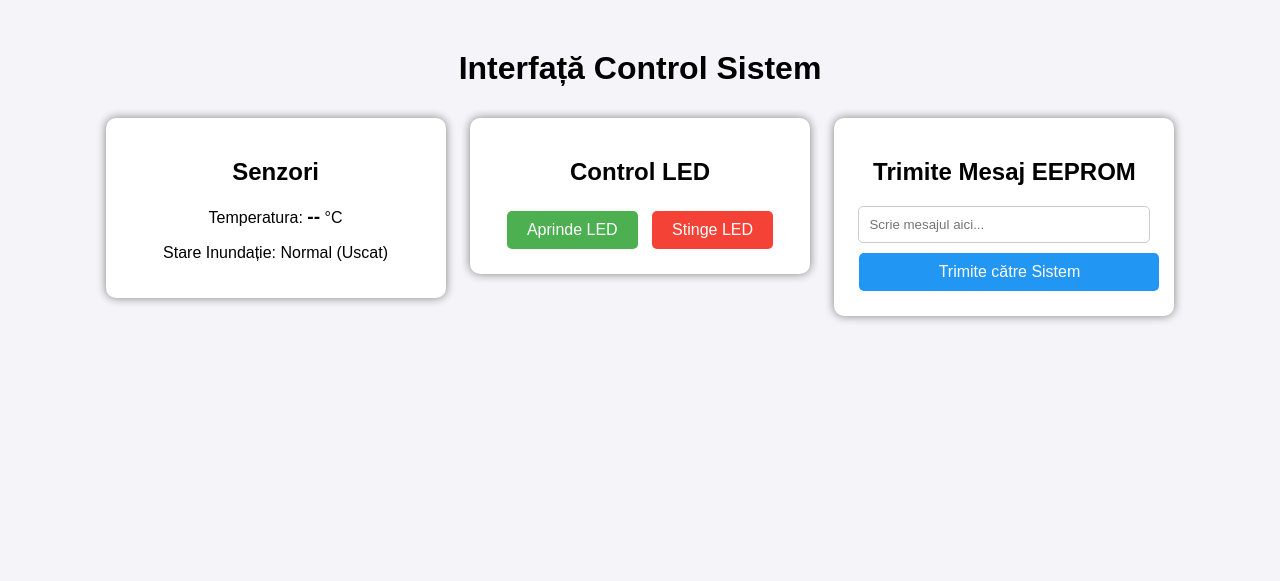
Repository: davidblg123/ProiectPSN
Page: http://localhost/
An editor plug-in stored every save of this project. The page is shown before and after the next save, followed by the edit.
The browser window is 1280 px wide. The pictures show the whole page.
The page is served by the project's application, run on Flask 3 (main.py).

Above is the page before, as saved 2026-05-29 19:05:28.

### main.py
from flask import Flask, render_template, request, jsonify
import serial
import threading
import time
import smtplib
from email.message import EmailMessage

app = Flask(__name__)

# --- SETĂRI ---
PORT_SERIAL = 'COM4' # <-- Pune portul tău real (ex: COM4)
EMAIL_SENDER = 'proiectpsnbeleag@gmail.com'  # <-- Pune adresa ta de Gmail
EMAIL_PASSWORD = 'khmq ezsb slrn ccyd'   # <-- Pune parola de 16 litere (fără spații)
EMAIL_RECEIVER = 'proiectpsnbeleag@gmail.com' # <-- Poți pune tot adresa ta, ca să primești alerta la tine
BAUD_RATE = 9600

try:
    arduino = serial.Serial(PORT_SERIAL, BAUD_RATE, timeout=1)
    time.sleep(2)
except Exception as e:
    arduino = None
    print(f"Eroare conexiune: {e}")

date_senzori = {"temperatura": "--", "inundatie": "0"}
alerta_email_trimisa = False
# Dicționar în care vom stoca mesajele venite din EEPROM
mesaje_eeprom = {}

def trimite_email_alerta():
    try:
        msg = EmailMessage()
        msg.set_content("ALARMĂ: Senzorul sistemului a detectat o inundație!")
        msg['Subject'] = '⚠️ ALERTĂ INUNDAȚIE'
        msg['From'] = EMAIL_SENDER
        msg['To'] = EMAIL_RECEIVER

        server = smtplib.SMTP('smtp.gmail.com', 587)
        server.starttls()
        server.login(EMAIL_SENDER, EMAIL_PASSWORD)
        server.send_message(msg)
        server.quit()
        print("----> Email de alertă expediat!")
    except Exception as e:
        print(f"----> Eroare email: {e}")

def citeste_serial():
    global date_senzori, alerta_email_trimisa, mesaje_eeprom
    while True:
        if arduino and arduino.in_waiting > 0:
            try:
                linie = arduino.readline().decode('utf-8').strip()

                # 1. Citim senzorii
                if ";" in linie:
                    parti = linie.split(";")
                    date_senzori["temperatura"] = parti[0]
                    date_senzori["inundatie"] = parti[1]

                    if date_senzori["inundatie"] == "1" and not alerta_email_trimisa:
                        alerta_email_trimisa = True
                        threading.Thread(target=trimite_email_alerta, daemon=True).start()
                    elif date_senzori["inundatie"] == "0" and alerta_email_trimisa:
                        alerta_email_trimisa = False

                # 2. Citim mesajele din memorie (Format: "E:index:mesaj")
                elif linie.startswith("E:"):
                    if linie != "E:DONE":
                        parti = linie.split(":", 2)
                        if len(parti) == 3:
                            index_slot = parti[1]
                            text_mesaj = parti[2]
                            mesaje_eeprom[index_slot] = text_mesaj

            except Exception as e:
                pass
        time.sleep(0.1)

thread = threading.Thread(target=citeste_serial, daemon=True)
thread.start()

@app.route('/')
def index():
    return render_template('index.html')

@app.route('/api/date')
def get_date():
    return jsonify(date_senzori)

@app.route('/led/<actiune>')
def control_led(actiune):
    if arduino:
        if actiune == 'on':
            arduino.write(b'A\n')
        elif actiune == 'off':
            arduino.write(b'S\n')
    return jsonify({"status": "ok"})

@app.route('/api/mesaj', methods=['POST'])
def trimite_mesaj():
    data = request.json
    mesaj = data.get('text', '')
    if arduino and mesaj:
        mesaj_scurt = mesaj[:28]
        comanda = f"M:{mesaj_scurt}\n"
        arduino.write(comanda.encode('utf-8'))
        return jsonify({"status": "succes"})
    return jsonify({"status": "eroare"})

# --- RUTE NOI PENTRU EEPROM ---
@app.route('/api/cere_memorie')
def cere_memorie():
    global mesaje_eeprom
    mesaje_eeprom.clear() # Curățăm lista veche
    if arduino:
        arduino.write(b'C\n') # Trimitem comanda de Citire
    return jsonify({"status": "ok"})

@app.route('/api/memorie')
def get_memorie():
    return jsonify(mesaje_eeprom)

if __name__ == '__main__':
    app.run(debug=True, use_reloader=False, port=5000)

### templates/index.html
<!DOCTYPE html>
<html lang="ro">
<head>
    <meta charset="UTF-8">
    <title>Sistem Control Sincretic</title>
    <style>
        body { font-family: Arial, sans-serif; text-align: center; margin-top: 50px; background-color: #f4f4f9;}
        .card { background: white; padding: 20px; border-radius: 10px; box-shadow: 0px 0px 10px gray; display: inline-block; margin: 10px; width: 300px; vertical-align: top;}
        .alerta { color: red; font-weight: bold; }
        button { padding: 10px 20px; font-size: 16px; margin: 5px; cursor: pointer; border: none; border-radius: 5px;}
        .btn-on { background-color: #4CAF50; color: white; }
        .btn-off { background-color: #f44336; color: white; }
        .btn-msg { background-color: #2196F3; color: white; width: 100%; margin-top: 10px;}
        input[type="text"] { padding: 10px; width: 90%; border-radius: 5px; border: 1px solid #ccc;}
    </style>
</head>
<body>

    <h1>Interfață Control Sistem</h1>

    <div class="card">
        <h2>Senzori</h2>
        <p>Temperatura: <span id="tempValue" style="font-weight: bold; font-size: 1.2em;">--</span> °C</p>
        <p>Stare Inundație: <span id="floodValue">Verificare...</span></p>
    </div>

    <div class="card">
        <h2>Control LED</h2>
        <button class="btn-on" onclick="schimbaLed('on')">Aprinde LED</button>
        <button class="btn-off" onclick="schimbaLed('off')">Stinge LED</button>
    </div>

    <div class="card">
        <h2>Trimite Mesaj EEPROM</h2>
        <input type="text" id="inputMesaj" placeholder="Scrie mesajul aici..." maxlength="28">
        <button class="btn-msg" onclick="trimiteMesajul()">Trimite către Sistem</button>
    </div>

    <script>
        function actualizeazaDate() {
            fetch('/api/date')
                .then(response => response.json())
                .then(data => {
                    document.getElementById('tempValue').innerText = data.temperatura;
                    let floodSpan = document.getElementById('floodValue');
                    if(data.inundatie === "1") {
                        floodSpan.innerText = "ALARMĂ INUNDAȚIE!";
                        floodSpan.className = "alerta";
                    } else {
                        floodSpan.innerText = "Normal (Uscat)";
                        floodSpan.className = "";
                    }
                })
                .catch(error => console.error('Eroare:', error));
        }

        function schimbaLed(actiune) {
            fetch('/led/' + actiune);
        }

        // Funcția nouă care trimite textul scris către Python
        function trimiteMesajul() {
            let casutaText = document.getElementById('inputMesaj');
            let textTrimis = casutaText.value;

            if (textTrimis.trim() === "") {
                alert("Te rog scrie un mesaj!");
                return;
            }

            fetch('/api/mesaj', {
                method: 'POST',
                headers: { 'Content-Type': 'application/json' },
                body: JSON.stringify({ text: textTrimis })
            })
            .then(response => response.json())
            .then(data => {
                if(data.status === "succes") {
                    alert("Mesajul a fost trimis cu succes către Arduino!");
                    casutaText.value = ""; // Golește căsuța după trimitere
                }
            });
        }

        setInterval(actualizeazaDate, 1000);
        actualizeazaDate();
    </script>
</body>
</html>

After the next save:
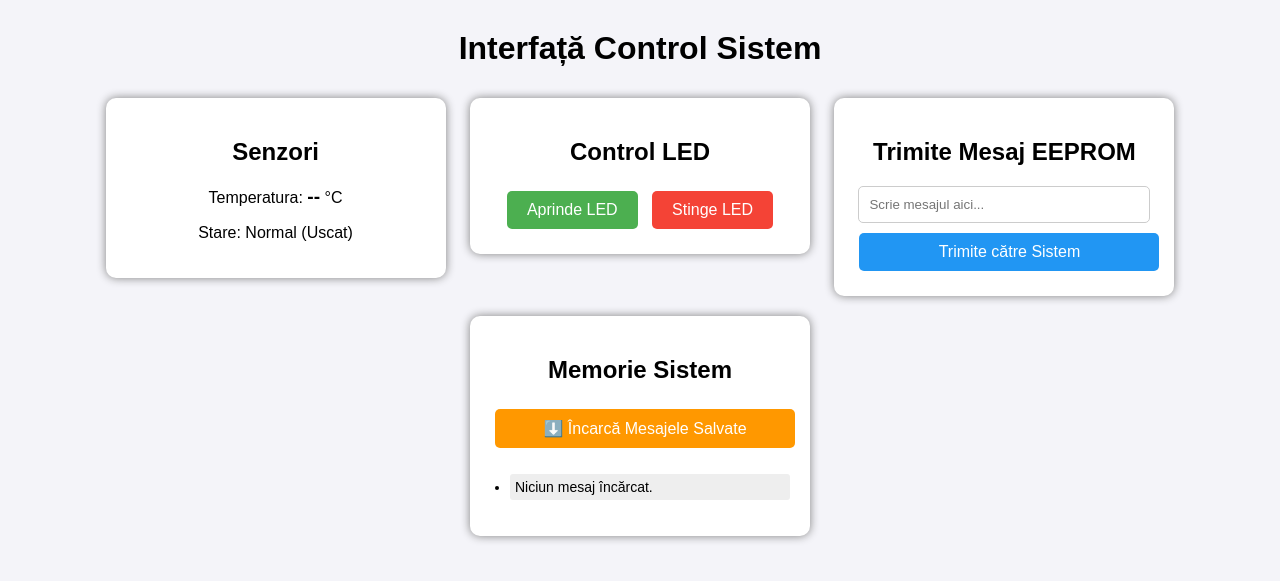
Saved 36 s later.
--- a/templates/index.html
+++ b/templates/index.html
@@ -4,14 +4,17 @@
     <meta charset="UTF-8">
     <title>Sistem Control Sincretic</title>
     <style>
-        body { font-family: Arial, sans-serif; text-align: center; margin-top: 50px; background-color: #f4f4f9;}
+        body { font-family: Arial, sans-serif; text-align: center; margin-top: 30px; background-color: #f4f4f9;}
         .card { background: white; padding: 20px; border-radius: 10px; box-shadow: 0px 0px 10px gray; display: inline-block; margin: 10px; width: 300px; vertical-align: top;}
         .alerta { color: red; font-weight: bold; }
         button { padding: 10px 20px; font-size: 16px; margin: 5px; cursor: pointer; border: none; border-radius: 5px;}
         .btn-on { background-color: #4CAF50; color: white; }
         .btn-off { background-color: #f44336; color: white; }
         .btn-msg { background-color: #2196F3; color: white; width: 100%; margin-top: 10px;}
+        .btn-load { background-color: #ff9800; color: white; width: 100%; margin-bottom: 10px;}
         input[type="text"] { padding: 10px; width: 90%; border-radius: 5px; border: 1px solid #ccc;}
+        ul { text-align: left; padding-left: 20px; }
+        li { margin-bottom: 5px; font-size: 14px; background: #eee; padding: 5px; border-radius: 3px;}
     </style>
 </head>
 <body>
@@ -21,7 +24,7 @@
     <div class="card">
         <h2>Senzori</h2>
         <p>Temperatura: <span id="tempValue" style="font-weight: bold; font-size: 1.2em;">--</span> °C</p>
-        <p>Stare Inundație: <span id="floodValue">Verificare...</span></p>
+        <p>Stare: <span id="floodValue">Verificare...</span></p>
     </div>
 
     <div class="card">
@@ -34,6 +37,14 @@
         <h2>Trimite Mesaj EEPROM</h2>
         <input type="text" id="inputMesaj" placeholder="Scrie mesajul aici..." maxlength="28">
         <button class="btn-msg" onclick="trimiteMesajul()">Trimite către Sistem</button>
+    </div>
+
+    <div class="card">
+        <h2>Memorie Sistem</h2>
+        <button class="btn-load" onclick="incarcaMemoria()">⬇️ Încarcă Mesajele Salvate</button>
+        <ul id="listaMesaje">
+            <li>Niciun mesaj încărcat.</li>
+        </ul>
     </div>
 
     <script>
@@ -58,15 +69,10 @@
             fetch('/led/' + actiune);
         }
 
-        // Funcția nouă care trimite textul scris către Python
         function trimiteMesajul() {
             let casutaText = document.getElementById('inputMesaj');
             let textTrimis = casutaText.value;
-
-            if (textTrimis.trim() === "") {
-                alert("Te rog scrie un mesaj!");
-                return;
-            }
+            if (textTrimis.trim() === "") { alert("Scrie un mesaj!"); return; }
 
             fetch('/api/mesaj', {
                 method: 'POST',
@@ -76,10 +82,43 @@
             .then(response => response.json())
             .then(data => {
                 if(data.status === "succes") {
-                    alert("Mesajul a fost trimis cu succes către Arduino!");
-                    casutaText.value = ""; // Golește căsuța după trimitere
+                    casutaText.value = "";
+                    // După ce trimitem un mesaj, reîncărcăm automat lista după 1 secundă
+                    setTimeout(incarcaMemoria, 1000);
                 }
             });
+        }
+
+        // FUNCȚII NOI PENTRU CITIREA MEMORIEI
+        function incarcaMemoria() {
+            document.getElementById('listaMesaje').innerHTML = "<li>Se încarcă...</li>";
+
+            // 1. Dăm comanda de citire către Arduino
+            fetch('/api/cere_memorie').then(() => {
+                // 2. Așteptăm puțin ca Arduino să trimită datele prin cablu, apoi le cerem de la Python
+                setTimeout(afiseazaMemoria, 1500);
+            });
+        }
+
+        function afiseazaMemoria() {
+            fetch('/api/memorie')
+                .then(response => response.json())
+                .then(data => {
+                    let listaHTML = document.getElementById('listaMesaje');
+                    listaHTML.innerHTML = ""; // Golim lista veche
+
+                    let suntMesaje = false;
+                    for (let key in data) {
+                        suntMesaje = true;
+                        let itemNou = document.createElement("li");
+                        itemNou.innerText = `Slot ${key}: ${data[key]}`;
+                        listaHTML.appendChild(itemNou);
+                    }
+
+                    if(!suntMesaje) {
+                        listaHTML.innerHTML = "<li>Memoria este goală.</li>";
+                    }
+                });
         }
 
         setInterval(actualizeazaDate, 1000);
